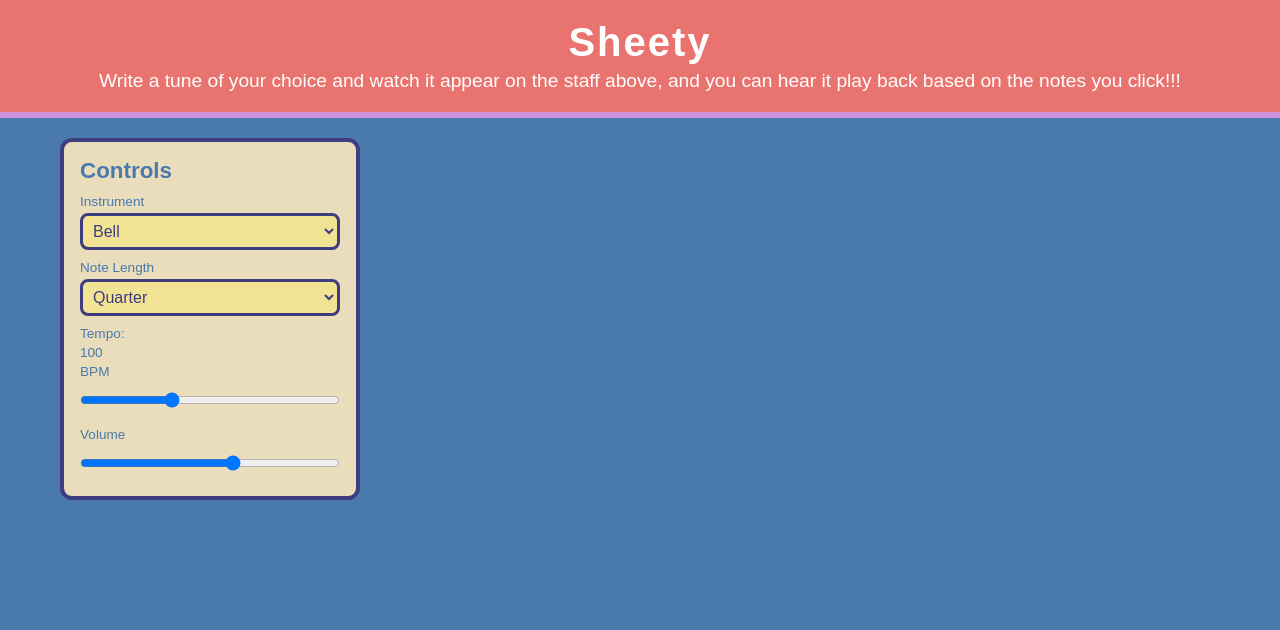
Repository: manayparikh1/sheety
Page: index.html
These files come from the project's save history. The page is drawn as it stood at one moment and after the next save; the edit follows.
The browser window is 1280 px wide. The pictures show the whole page.

Above is the page before, as saved 2026-08-23 00:15:25.

### index.html
<!DOCTYPE html>
<html lang="en">

<head>
    <meta charset="UTF-8">
    <title>Sheety</title>
    <style>
        * {
            margin: 0;
            padding: 0;
            box-sizing: border-box;
        }

        :root {
            --cream: #e9ddbb;
            --paper: #ffffff;
            --navy: #3d3d80;
            --red: #e8736f;
            --blue: #4979ad;
            --green: #8dc68b;
            --yellow: #f2e394;
            --orange: #f2ae72;
            --purple: #cd93dd;
            --grey: #a9a9a9;
            --black-key: #494646;
            --line-black: #222222;
        }

        html,
        body {
            background-color: var(--blue);
            font-family: "Comic Neue", "Architects Daughter", "Patrick Hand", "Chalkboard SE", cursive, sans-serif;
            color: var(--paper);
            min-height: 100%;
        }

        header {
            background: var(--red);
            color: var(--paper);
            padding: 19.5px;
            text-align: center;
            border-bottom: 6px solid var(--purple);
        }

        header h1 {
            font-size: 2.5rem;
            letter-spacing: 2px;
        }

        header p {
            margin-top: 5.7px;
            font-size: 1.2rem;
        }

        main {
            max-width: 1000px;
            margin: 0 auto;
            padding: 20px;
        }

        section {
            background: var(--cream);
            border: 4px solid var(--navy);
            border-radius: 12px;
            padding: 16px;
            margin-bottom: 20px;
        }

        section h2 {
            color: var(--blue);
            margin-bottom: 10px;
            font-size: 1.4rem;
        }

        .toolbar {
            display: flex;
            flex-wrap: wrap;
            gap: 14px;
            align-items: center;
        }

        .toolbar-group {
            display: flex;
            flex-direction: column;
            gap: 4px;
        }

        .toolbar-group label {
            font-size: 0.85rem;
            color: var(--grey);
        }

        select,
        input[type="range"] {
            font-family: inherit;
            font-size: 1rem;
            padding: 6px;
            border: 3px solid var(--navy);
            border-radius: 8px;
            background: var(--yellow);
            color: var(--navy);
        }

        button {
            font-family: inherit;
            padding: 10px 16px;
            border-radius: 10px;
            background: var(--yellow);
            font-size: 1rem;
            color: var(--navy);
            cursor: pointer;
            border: 3px solid var(--green);
        }

        button:hover {
            background: var(--orange);
            color: var(--green);
            transform: translateY(-2px);
            box-shadow: 0 4px 12px rgba(0, 0, 0, 0.15);
        }

        button:active {
            background: var(--red);
            color: var(--cream)
        }

        button.play-btn {
            background: var(--green);
            color: var(--cream);
        }

        button.play-btn:hover {
            background: var(--navy);
            transform: translateY(-2px);
            box-shadow: 0 4px 12px rgba(0, 0, 0, 0.15);
        }

        button.stop-btn {
            background: var(--red);
            color: var(--paper);
        }

        button.stop-btn:hover {
            background: var(--navy);
            transform: translateY(-2px);
            box-shadow: 0 4px 12px rgba(0, 0, 0, 0.15);
        }

        button.small {
            padding: 6px 10px;
            font-size: 0.85rem;
        }

        #staffWrap {
            overflow-x: auto;
            border: 3px dashed var(--grey);
            border-radius: 8px;
            padding: 10px;
            background: var(--paper);
        }

        svg#staffSvg {
            background: var(--cream);
            display: block;
        }

        .staff-line {
            stroke: var(--line-black);
            stroke-width: 2;
        }

        .bar-line {
            stroke: var(--grey);
            stroke-width: 2;
        }

        .note-head {
            fill: var(--navy);
            stroke: var(--navy);
            stroke-width: 1;
        }

        .note-head.playing {
            fill: var(--red);
            stroke: var(--red);
        }

        .note-stem {
            stroke: var(--navy);
            stroke-width: 2;
        }

        .rest-mark {
            fill: var(--grey);
        }

        .ledger-line {
            stroke: var(--line-black);
            stroke-width: 2;
        }

        .note-label {
            font-size: 10px;
            fill: var(--blue);
            font-family: "Comic Sans MS", cursive, sans-serif;
        }

        .clef-text {
            font-size: 40px;
            fill: var(--navy);
        }

        #piano {
            display: flex;
            justify-content: center;
            padding: 20px 0;
            gap: 2px;
        }

        .white-key {
            width: 44px;
            height: 150px;
            background: var(--paper);
            border: 3px solid var(--purple);
            border-radius: 0 0 8px 8px;
            cursor: pointer;
            display: flex;
            flex-direction: column;
            align-items: center;
            justify-content: flex-end;
            padding-bottom: 8px;
            font-size: 0.75rem;
            color: var(--grey);
            user-select: none;
        }

        .white-key .pitch-label {
            font-size: 0.75rem;
            color: var(--grey);
        }

        .white-key .key-hint {
            margin-top: 4px;
            width: 22px;
            height: 22px;
            line-height: 22px;
            text-align: center;
            border: 2px solid var(--navy);
            border-radius: 6px;
            background: var(--cream);
            color: var(--navy);
            font-size: 0.75rem;
            font-weight: bold;
        }

        .white-key.pressed .key-hint {
            background: var(--green);
            color: var(--cream);
        }

        #keyboardHint {
            margin-top: 4px;
            font-size: 0.85rem;
            color: var(--grey);
            text-align: center
        }

        .white-key:hover {
            background: var(--yellow);
            transform: translateY(-2px);
            box-shadow: 0 4px 12px rgba(0, 0, 0, 0.15);
        }

        .white-key:active,
        .white-key.pressed {
            background: var(--orange);
            color: var(--cream);
        }

        footer {
            text-align: center;
            padding: 20px;
            color: var(--grey);
            font-size: 0.85rem;
        }

        #statusMsg {
            margin-top: 10px;
            font-size: 0.9rem;
            color: var(--green);
            min-height: 20px;
        }

        main {
            max-width: 1200px;
            display: grid;
            grid-template-columns: 300px 1fr;
            gap: 20px;
            align-items: start;
        }

        .controls {
            position: sticky;
            top: 20px;
        }

        @media (max-width: 900px) {
            main {
                grid-template-columns: 1fr;
            }

            .controls {
                position: static;
            }
        }

        .grid2 {
            display: grid;
            gap: 10px;
        }

        .grid2 label {
            display: flex;
            flex-direction: column;
            gap: 4px;
            font-size: 0.85rem;
            color: var(--blue);
        }

        .grid2 label.check {
            flex-direction: row;
            align-items: center;
            gap: 8px;
        }

        .grid2 select,
        .grid2 input[type=range] {
            width: 100%;
        }

        .btns {
            display: flex;
            flex-wrap: wrap;
            gap: 8px;
            margin-top: 14px;
        }

        .btns button {
            flex: 1 1 auto;
        }

        .hollow {
            fill: var(--paper);
            stroke-width: 2.5;
        }

        .playing {
            fill: var(--red) !important;
            stroke: var(--red);
        }

        .note-head,
        .rest-mark {
            cursor: pointer;
        }
    </style>
</head>

<body>
    <header>
        <h1>Sheety</h1>
        <p>Write a tune of your choice and watch it appear on the staff above, and you can hear it play back based on
            the notes you click!!!</p>
    </header>
    <main>
        <section class="controls">
            <h2>Controls</h2>
            <div class="grid2">
                <label>Instrument
                    <select id="wave">
                        <option value="sine">Bell</option>
                        <option value="triangle">Flute-ish</option>
                        <option value="square">Robot</option>
                        <option value="sawtooth">Buzzy</option>
                    </select>
                </label>
                <label>Note Length
                    <select id="dur">
                        <option value="w">Whole</option>
                        <option value="h">Half</option>
                        <option value="q" selected>Quarter</option>
                        <option value="e">Eigth</option>
                    </select>
                </label>
                <label>Tempo: <span id="bpmOut">100</span> BPM
                    <input type="range" id="bpm" min="40" max="220" value="100">
                </label>
                <label>Volume
                    <input type="range" id="vol" min="0" max="100" value="60">
                </label>

            </div>
        </section>
    </main>

After the next save:
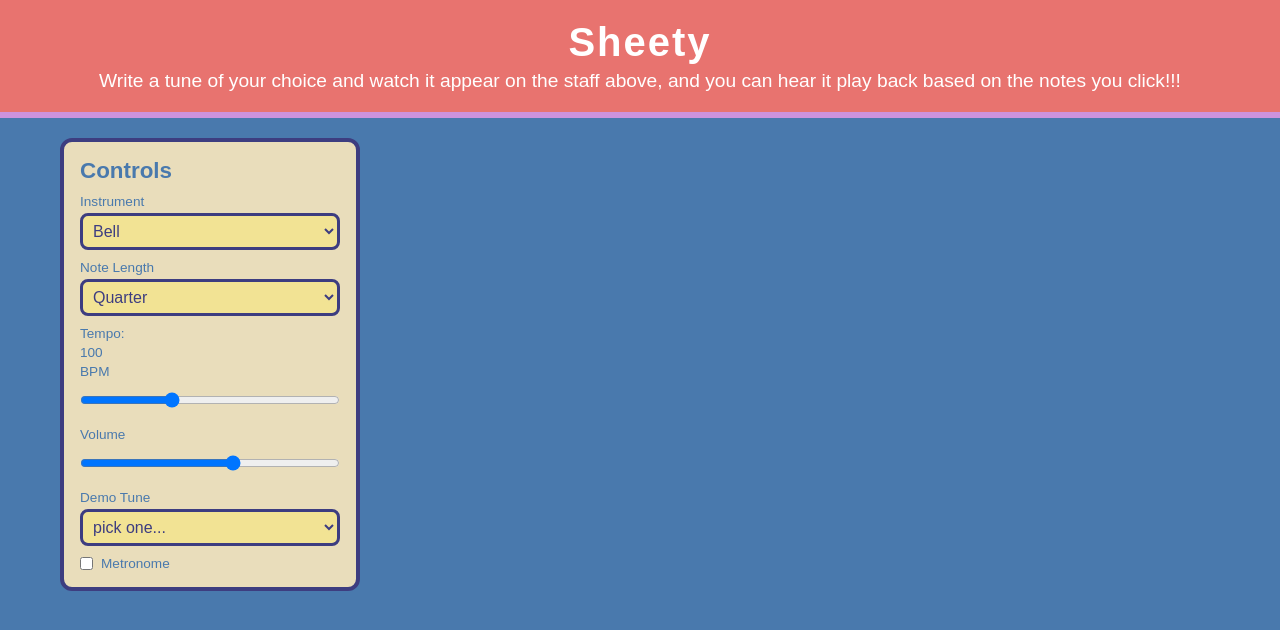
Saved 4 min 11 s later.
--- a/index.html
+++ b/index.html
@@ -398,7 +398,12 @@
                 <label>Volume
                     <input type="range" id="vol" min="0" max="100" value="60">
                 </label>
-
+                <label> Demo Tune
+                    <select id="demo">
+                        <option value="">pick one...</option>
+                    </select>
+                </label>
+                <label class="check"><input type="checkbox" id="metro"> Metronome</label>
             </div>
         </section>
     </main>
